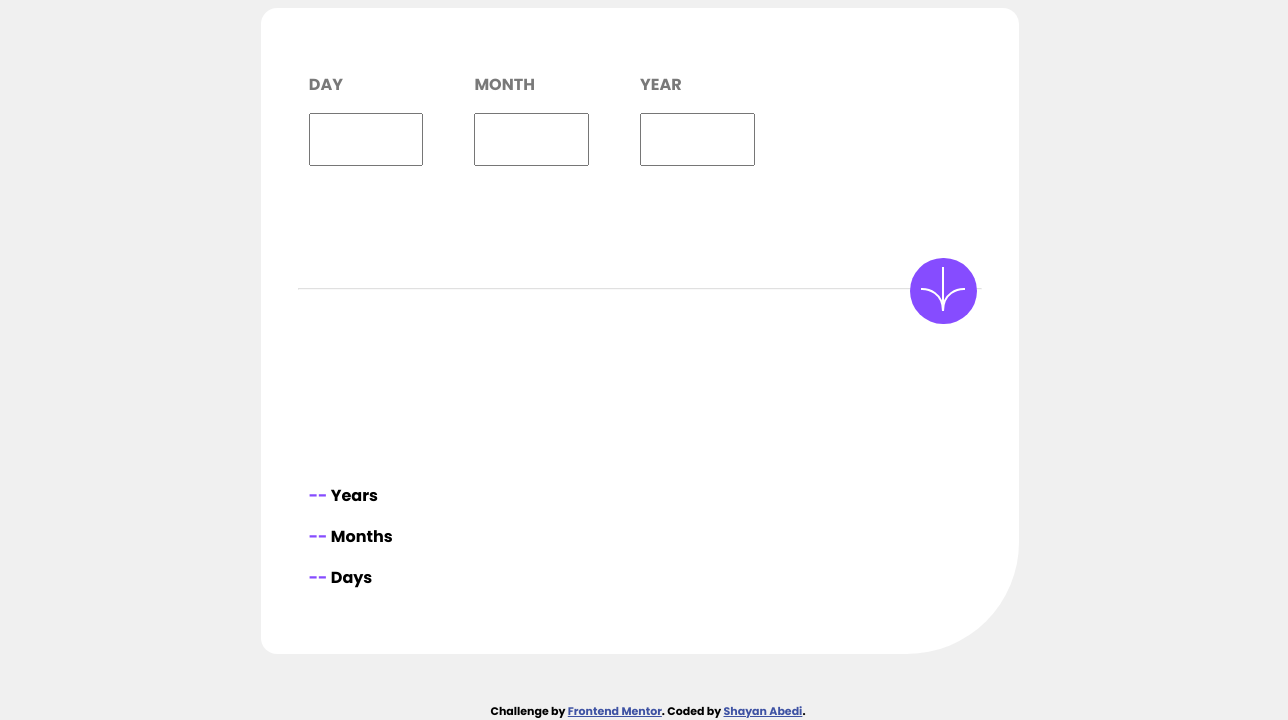
Repository: shayanabedi98/age-calculator
Page: index.html
The author's editor kept a copy of each file at every save. The page is drawn from the files as they stood at one save, then again after the next save.
The browser window is 1280 px wide. The page is 1288 px wide, so the pictures cover 1288 px, including what lies to the right of the window. The pictures show the whole page.

Above is the page before, as saved 2023-09-19 20:43:45.

After the next save:
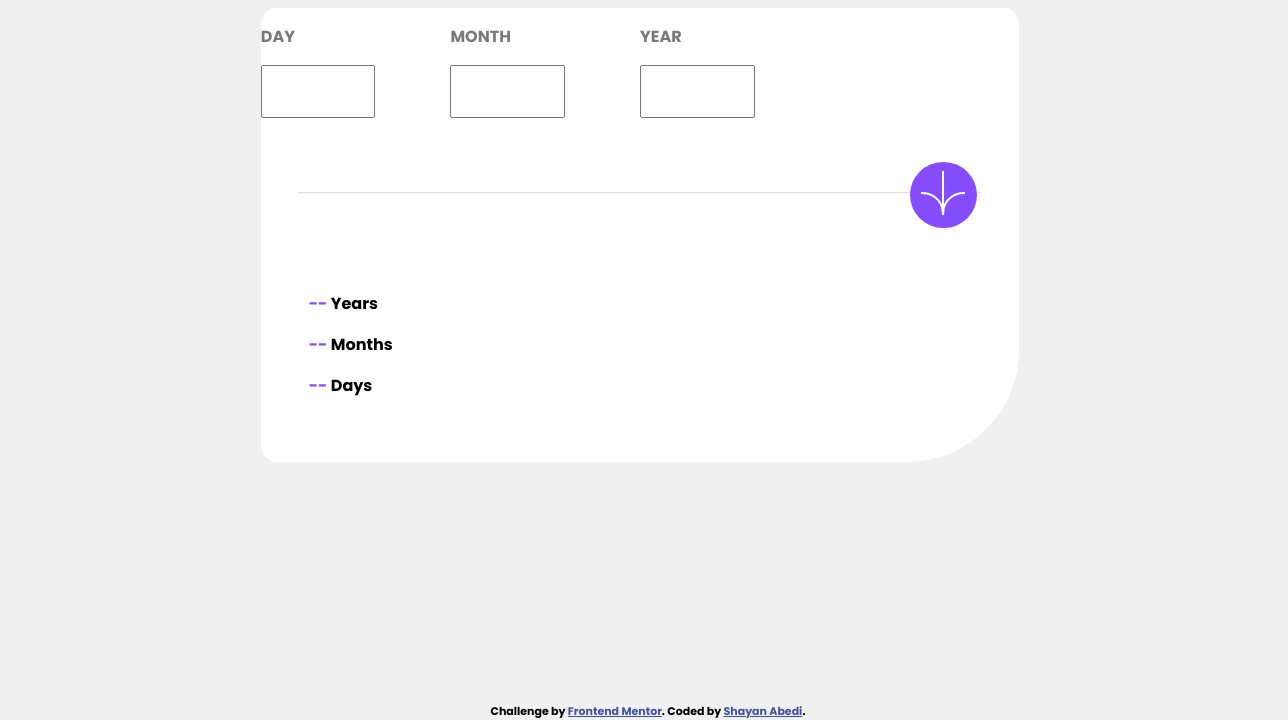
Saved 11 s later.
--- a/styles.css
+++ b/styles.css
@@ -22,7 +22,7 @@
     display: grid;
     grid-template-columns: 1fr 1fr 2fr;
     text-align: start;
-    padding: 3em;
+
 }
 
 .dob p {

After the save that followed:
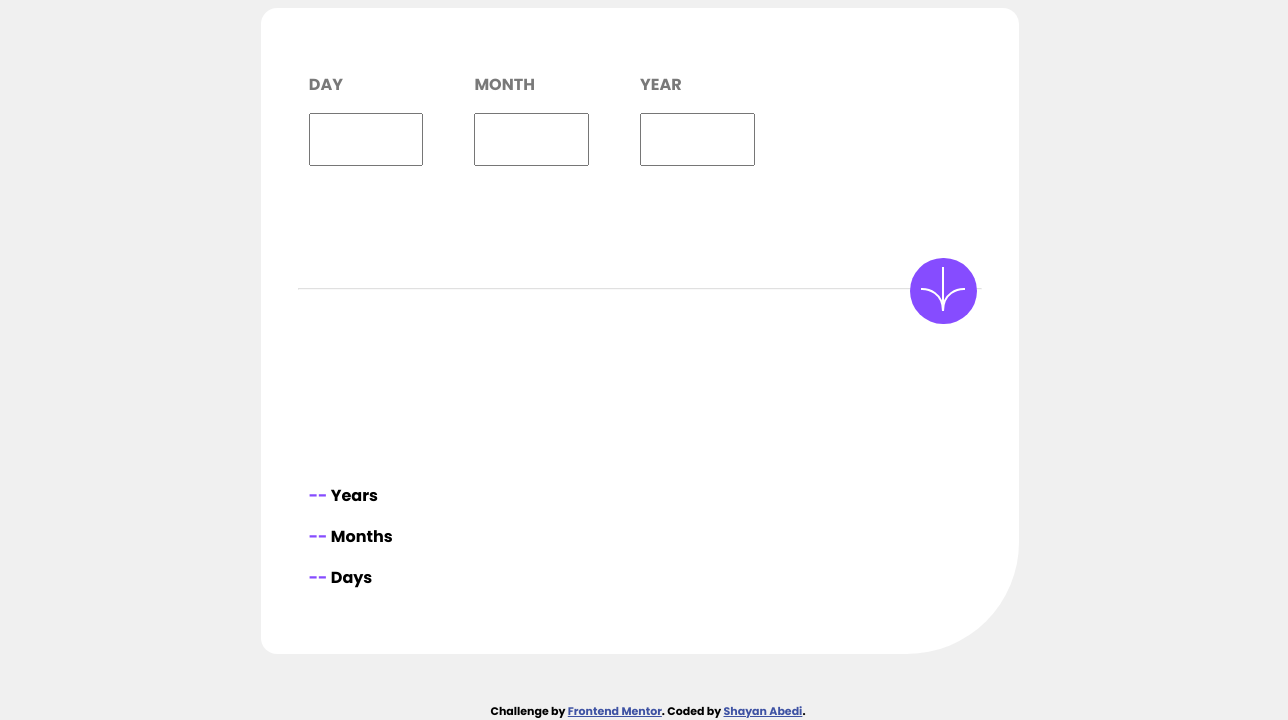
Saved 4 s later.
--- a/styles.css
+++ b/styles.css
@@ -22,7 +22,7 @@
     display: grid;
     grid-template-columns: 1fr 1fr 2fr;
     text-align: start;
-
+    padding: 3em;
 }
 
 .dob p {
